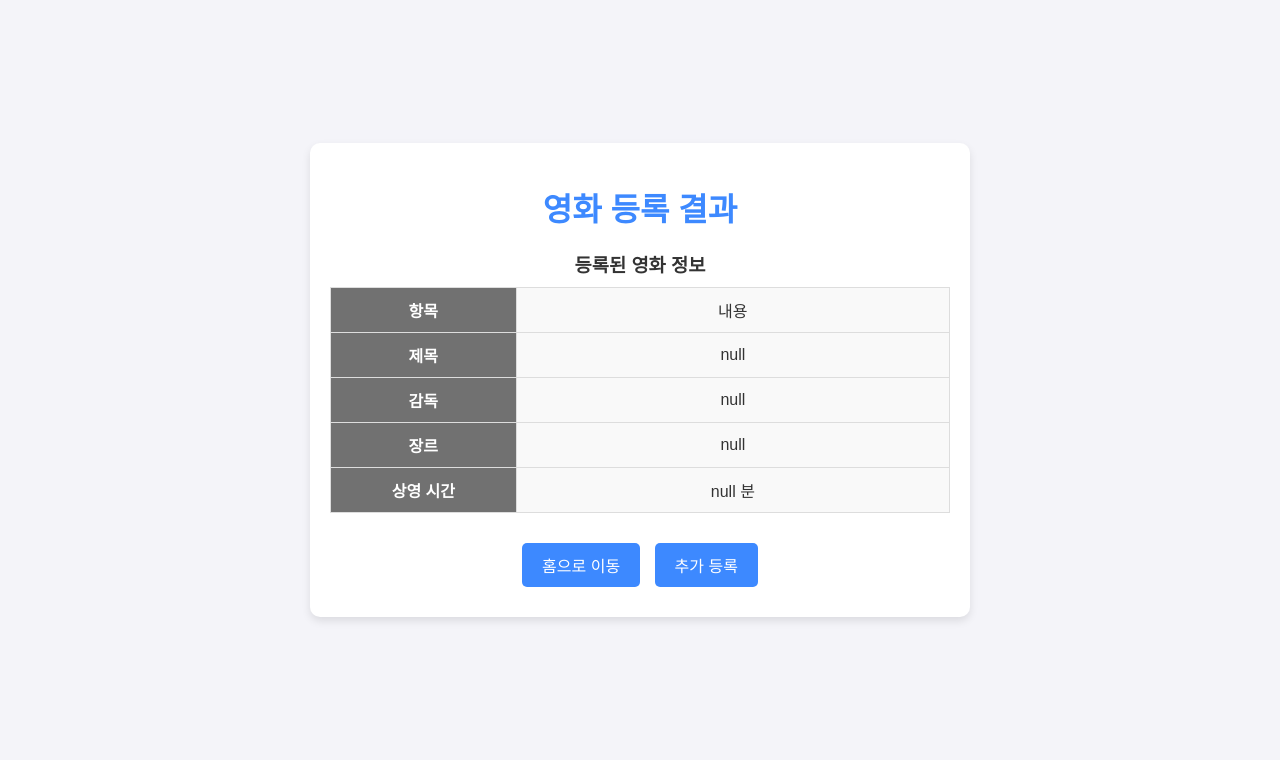
Repository: s00ngle/SSAFY-BE
Page: http://localhost/back_db_ws_01_2/regist_result.jsp
These files come from the project's save history. The page is drawn as it stood at one moment and after the next save; the edit follows.
The browser window is 1280 px wide. The pictures show the whole page.
The page is served by Tomcat 10. Other server files are loaded and not shown. The template is opened directly, without the code that normally fills it, so the values that code supplies are empty.

Above is the page before, as saved 2024-09-24 04:32:07.

### back_db_ws_01_2/src/main/webapp/regist_result.jsp
<%@ page language="java" contentType="text/html; charset=UTF-8"
    pageEncoding="UTF-8"%>
<!DOCTYPE html>
<html>
<head>
    <title>영화 등록 결과</title>
    <style>
        body {
            font-family: 'Arial', sans-serif;
            background-color: #f0f0f0;
            margin: 0;
            padding: 20px;
            color: #333;
            background-color: #f4f4f9;
		    display: flex;
		    justify-content: center;
		    align-items: center;
		    height: 100vh;
        }

        h1 {
            text-align: center;
            color: #3d89ff;
            margin-bottom: 20px;
        }

        h3 {
            text-align: center;
            color: #333;
            margin-bottom: 10px;
        }

        .container {
            width: 50%;
            margin: 0 auto;
            background-color: #fff;
            padding: 20px;
            box-shadow: 0 4px 8px rgba(0, 0, 0, 0.1);
            border-radius: 10px;
        }

        table {
            width: 100%;
            border-collapse: collapse;
            margin-bottom: 20px;
        }

        th, td {
            padding: 10px;
            text-align: center;
            border: 1px solid #ddd;
        }

        th {
            background-color: #717171;
            color: white;
            width: 30%;
        }

        td {
            background-color: #f9f9f9;
        }

        a {
            display: inline-block;
            margin: 10px 5px;
            padding: 10px 20px;
            text-decoration: none;
            background-color: #3d89ff;
            color: white;
            border-radius: 5px;
            transition: background-color 0.3s;
        }

        a:hover {
            background-color: #3d89ff;
        }

        .button-container {
            text-align: center;
        }
    </style>
</head>
<body>
    <div class="container">
        <h1>영화 등록 결과</h1>
        <h3>등록된 영화 정보</h3>
        <table>
            <tr>
                <th>항목</th>
                <td>내용</td>
            </tr>
            <tr>
                <th>제목</th>
                <td><%= request.getAttribute("title") %></td>
            </tr>
            <tr>
                <th>감독</th>
                <td><%= request.getAttribute("director") %></td>
            </tr>
            <tr>
                <th>장르</th>
                <td><%= request.getAttribute("genre") %></td>
            </tr>
            <tr>
                <th>상영 시간</th>
                <td><%= request.getAttribute("runningTime") %> 분</td>
            </tr>
        </table>
        <div class="button-container">
            <a href="/">홈으로 이동</a>
            <a href="/regist.html">추가 등록</a>
        </div>
    </div>
</body>
</html>

After the next save:
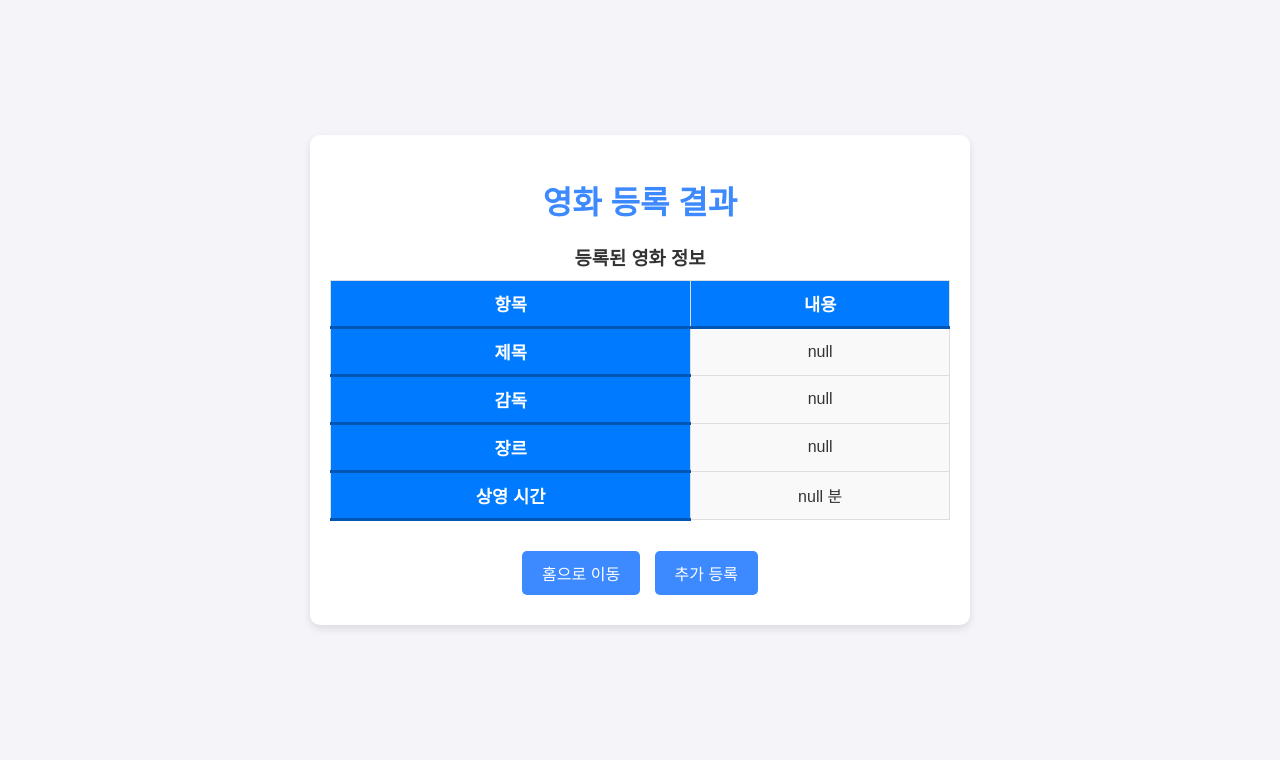
Saved 2 min 52 s later.
--- a/back_db_ws_01_2/src/main/webapp/regist_result.jsp
+++ b/back_db_ws_01_2/src/main/webapp/regist_result.jsp
@@ -52,9 +52,11 @@
         }
 
         th {
-            background-color: #717171;
+            background-color: #007BFF;
             color: white;
-            width: 30%;
+            font-weight: bold;
+            font-size: 1.1em;
+            border-bottom: 3px solid #0056b3; /* 굵은 하단 테두리 */
         }
 
         td {
@@ -88,7 +90,7 @@
         <table>
             <tr>
                 <th>항목</th>
-                <td>내용</td>
+                <th>내용</th> <!-- 내용 부분도 th로 수정 -->
             </tr>
             <tr>
                 <th>제목</th>

After the save that followed:
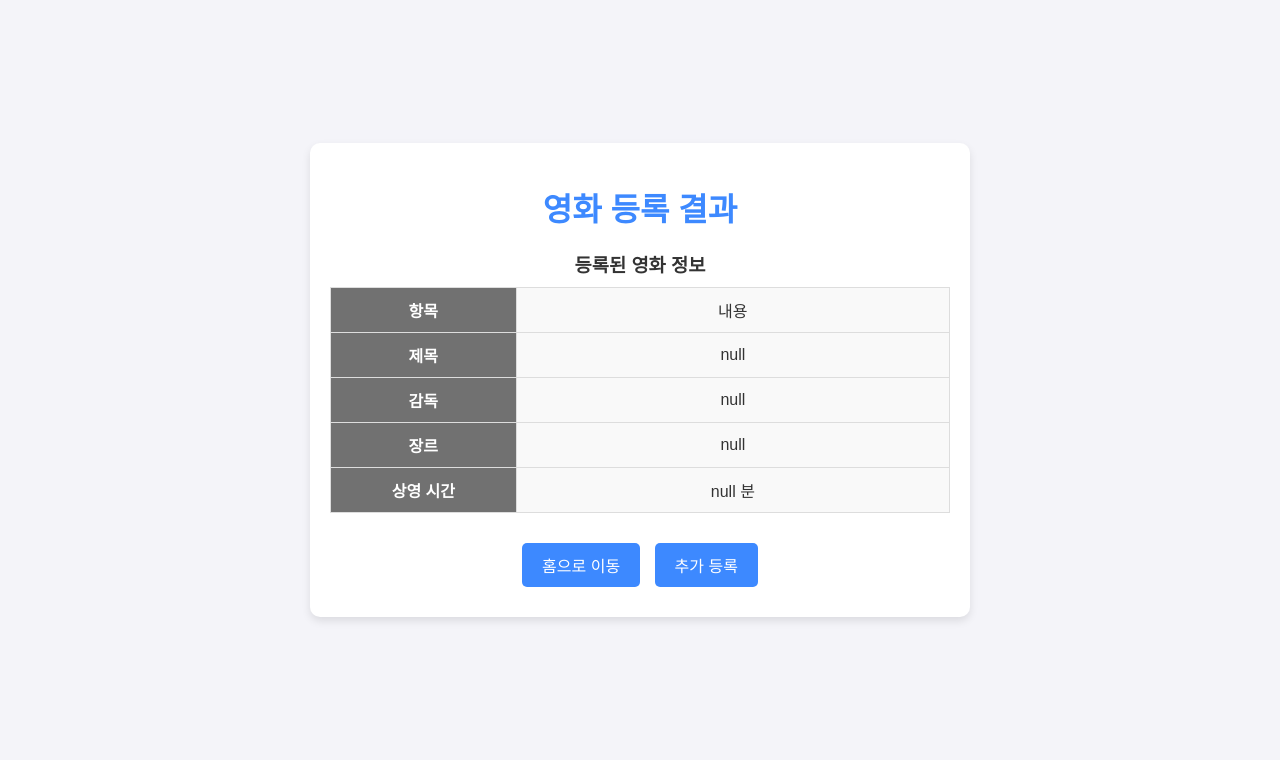
Saved 12 s later.
--- a/back_db_ws_01_2/src/main/webapp/regist_result.jsp
+++ b/back_db_ws_01_2/src/main/webapp/regist_result.jsp
@@ -11,7 +11,7 @@
             margin: 0;
             padding: 20px;
             color: #333;
-            background-color: #f4f4f9;
+background-color: #f4f4f9;
 		    display: flex;
 		    justify-content: center;
 		    align-items: center;
@@ -52,11 +52,9 @@
         }
 
         th {
-            background-color: #007BFF;
+            background-color: #717171;
             color: white;
-            font-weight: bold;
-            font-size: 1.1em;
-            border-bottom: 3px solid #0056b3; /* 굵은 하단 테두리 */
+            width: 30%;
         }
 
         td {
@@ -90,7 +88,7 @@
         <table>
             <tr>
                 <th>항목</th>
-                <th>내용</th> <!-- 내용 부분도 th로 수정 -->
+                <td>내용</td>
             </tr>
             <tr>
                 <th>제목</th>
